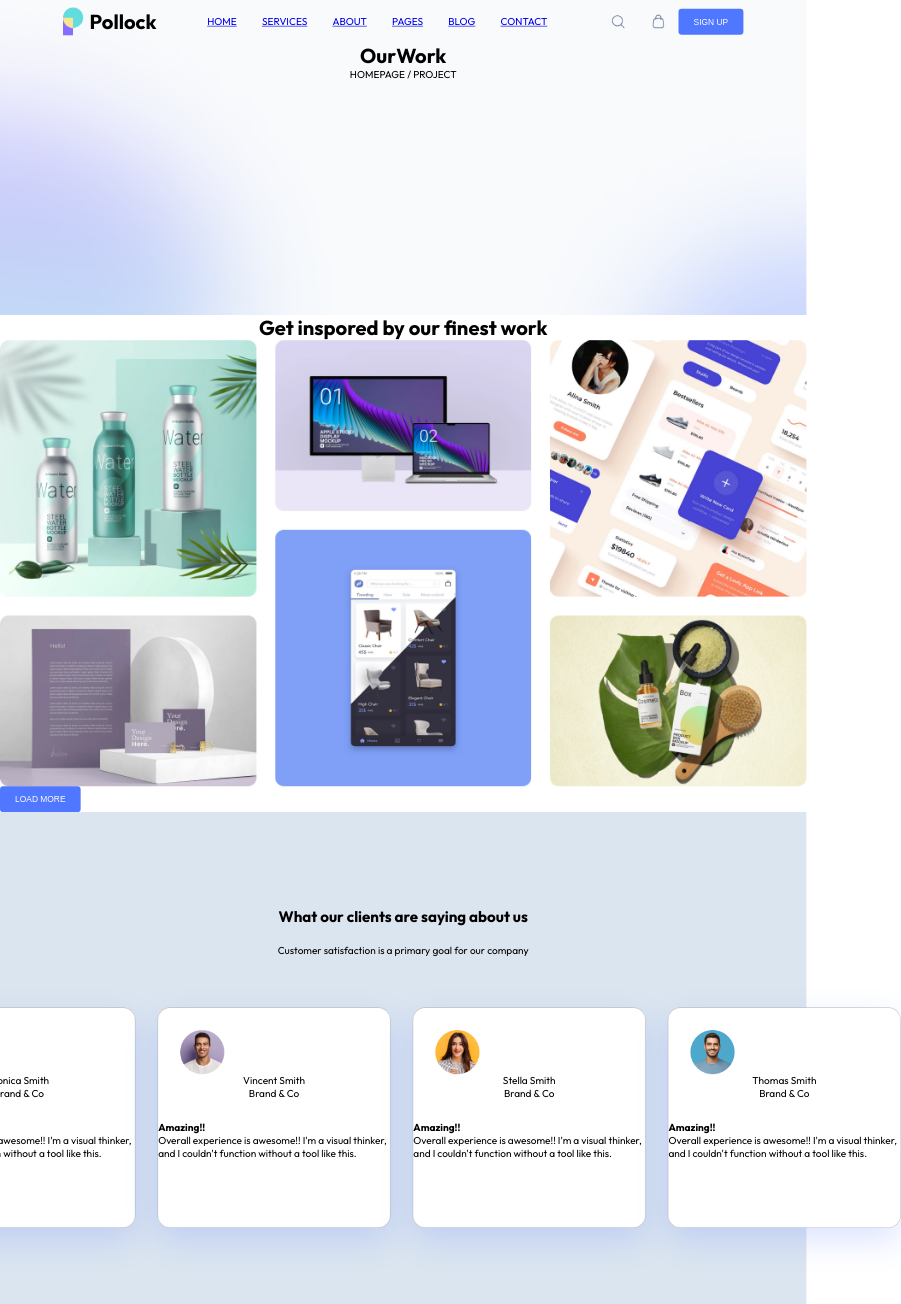
Repository: Nam936/exercises
Page: index.html
The author's editor kept a copy of each file at every save. The page is drawn from the files as they stood at one save, then again after the next save.
The browser window is 1280 px wide. The page is 1430 px wide, so the pictures cover 1430 px, including what lies to the right of the window. The pictures show the whole page, at 63% of full size.

Above is the page before, as saved 2022-12-30 13:46:34.

### index.html
<!DOCTYPE html>
<html lang="en">
<head>
    <meta charset="UTF-8">
    <meta http-equiv="X-UA-Compatible" content="IE=edge">
    <meta name="viewport" content="width=device-width, initial-scale=1.0">
    <title>Pollock</title>
    <link href="https://fonts.googleapis.com/css2?family=Outfit:wght@400;500;600;700&display=swap" rel="stylesheet">
    <link rel="stylesheet" href="style.css">
</head>
<body>
<div id="wrap">
    <div class="bg_header">
        <div class="container">
            <div class="header">
                <div class="menu_header">
                    <h1 class="logo">
                        <img src="/img/Frame_header.png" alt="logo">
                        <p class="txt_header">Pollock</p>
                    </h1>
                    <div class="lst_header">
                        <ul>
                            <li><a href="#">HOME</a></li>
                            <li><a href="#">SERVICES</a></li>
                            <li><a href="#">ABOUT</a></li>
                            <li><a href="#">PAGES</a></li>
                            <li><a href="#">BLOG</a></li>
                            <li><a href="#">CONTACT</a></li>
                        </ul>
                        </div>
                        <div class="icon_header">
                            <img class="search" src="/img/Iconex/Search_header.png" alt="">
                            <img class="cart" src="/img/Iconex/Bag_header.png" alt="">
                            <button>SIGN UP</button>
                        </div>
                    </div>
                </div>
                <div class="txt_ct">
                    <h1>OurWork</h1>
                    <p>HOMEPAGE / PROJECT</p>
                </div>
            </div>
        </div>
    </div>
    <div class="main">
        <div class="tit_main">
            <h1>Get inspored by our finest work</h1>
        </div>
            <div class="prod_main">
                <div class="prod_itm">
                    <img src="/img/main_img/1.png "alt="">
                    <img src="/img/main_img/2.png" alt="">
                </div>
                <div class="prod_itm">
                    <img src="/img/main_img/3.png" alt="">
                    <img src="/img/main_img/4.png" alt="">
                </div>
                <div class="prod_itm">
                    <img src="/img/main_img/5.png" alt="">
                    <img src="/img/main_img/6.png" alt="">
            </div>
        </div>
        <div class="button">
            <button>LOAD MORE</button>
        </div>



    <div class="member">
        <div class="head_mem">
            <div class="tit_mem">
                <h2>What our clients are saying about us</h2>
                <p>Customer satisfaction is a primary goal for our company</p>
            </div>
            <!-- <div class="scroll"></div> -->
        </div>
        <div class="slide">
            <div class="tag">
                <div class="tag_itm">
                    <div class="tag_avatar">
                        <div class="tag_cont">
                            <img src="/img/avatar/Avatar.png" alt="">
                            <div class="name_mem">
                                <span>Monica Smith</span>
                                <p>Brand & Co</p>
                            </div>
                        </div>
                    </div>
                    <div class="txt">
                        <strong>Amazing!!</strong>
                        <p>Overall experience is awesome!! I'm a visual thinker, and I couldn't function without a tool like this.</p>
                    </div>
                </div>
            </div>
            <div class="tag">
                <div class="itm">
                    <div class="tag_avatar">
                        <div class="tag_cont">
                            <img src="/img/avatar/Avatar2.png" alt="">
                            <div class="name_mem">
                                <span>Vincent Smith</span>
                                <p>Brand & Co</p>
                            </div>
                        </div>

                    </div>
                    <div class="txt">
                        <strong>Amazing!!</strong>
                        <p>Overall experience is awesome!! I'm a visual thinker, and I couldn't function without a tool like this.</p>
                    </div>
                </div>
            </div>
            <div class="tag">
                <div class="tag_itm">
                    <div class="tag_avatar">
                        <dv class="tag_cont">
                            <img src="/img/avatar/Avatar3.png" alt="">
                            <div class="name_mem">
                                <span>Stella Smith</span>
                                <p>Brand & Co</p>
                            </div>
                        </dv>
                    </div>
                    <div class="txt">
                        <strong>Amazing!!</strong>
                        <p>Overall experience is awesome!! I'm a visual thinker, and I couldn't function without a tool like this.</p>
                    </div>
                </div>
            </div>
            <div class="tag">
                <div class="tag_itm">
                    <div class="tag_avatar">
                        <div class="tag_cont">
                            <img src="/img/avatar/Avatar4.png" alt="">
                            <div class="name_mem">
                                <span>Thomas Smith</span>
                                <p>Brand & Co</p>
                            </div>
                        </div>
                    </div>
                    <div class="txt">
                        <strong>Amazing!!</strong>
                        <p>Overall experience is awesome!! I'm a visual thinker, and I couldn't function without a tool like this.</p>
                    </div>
                </div>
            </div>
        </div>
    </div>
    </div>

</div>
</body>
</html>

### style.css
* {
    margin: 0;
    padding: 0;
    box-sizing: border-box;
}
body{
    font-family: 'Outfit', sans-serif;
}

.bg_header{
    width: 100%;
    height: 500px;
    background-image: url(/img/Hero_background.png);
}
.container{
    max-width: 1170px;
    margin: 0px auto;
    padding: 0px 15px;
    width: 100%;
}
header{display: flex;}
.menu_header{display: flex;justify-content: space-around;align-items: center;}
.menu_header img{width: 32px; height: 44px;}
.logo {display: flex; align-items: center;}
.txt_header{padding-left: 10px;}
.lst_header ul{display: flex; list-style-type: none;}
.lst_header ul li{margin: 22px 20px;}

.icon_header{display: flex; align-items: center;}
.icon_header img{ width: 24px; height: 24px;}
.cart,.search{margin: 22px 20px;}
button{background-color:#4F77FF; border: 0px; border-radius: 5px; padding:13px 24px; color: #fff;}

.txt_ct{text-align: center;}


/* main_content */
.tit_main{text-align: center;}



/* .prod_main div{margin: 30px;} */

.prod_main{display:flex; gap: 30px;}
img{display: block; width: 100%;}
.prod_itm :first-child{margin-bottom: 30px;}

/* member style */
.member{background:#dbe5f0; width: 100%; height: 781px;}
.head_mem{margin-bottom: 80px;}
.tit_mem{text-align: center; padding-top: 120px;}
h2{margin: 30px;}

/*      */
.slide{display: grid; grid-template-columns: 375px 375px 375px 375px ; justify-content: center; gap: 30px;}
.tag{width: 370px; height: 350px; border: 1px solid rgba(0,0,0,0.2); border-radius: 20px; background: #fff;box-shadow: 0px 20px 50px rgba(79, 119, 255, 0.2); }
.tag_avatar img{display: block; width: 70px; height: 70px;}
.tag_avatar{padding: 35px;}
.name_mem{text-align: center;}

.txt{padding: ;}

After the next save:
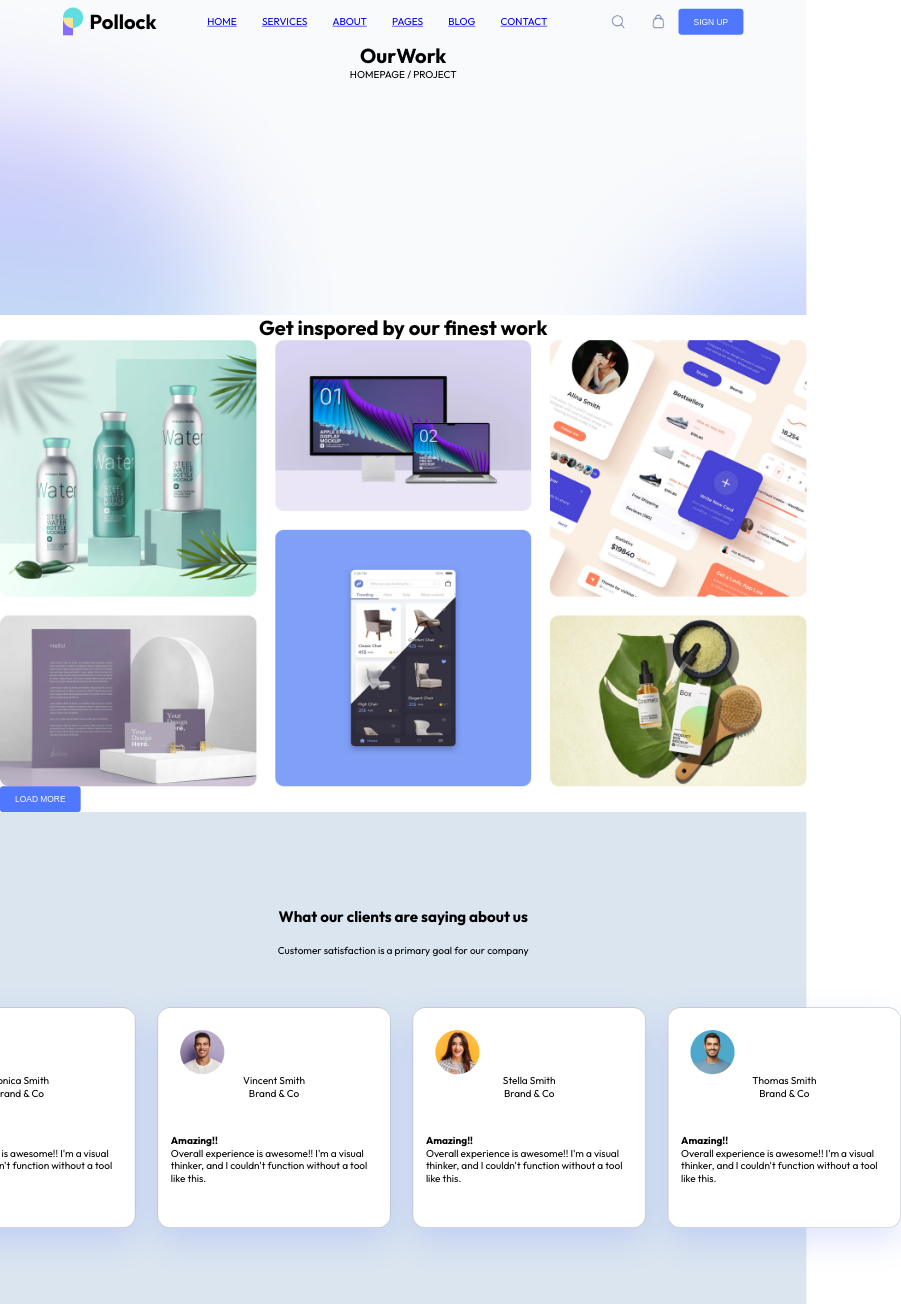
Saved 5 s later.
--- a/style.css
+++ b/style.css
@@ -58,4 +58,4 @@ h2{margin: 30px;}
 .tag_avatar{padding: 35px;}
 .name_mem{text-align: center;}
 
-.txt{padding: ;}
+.txt{padding: 20px;}
